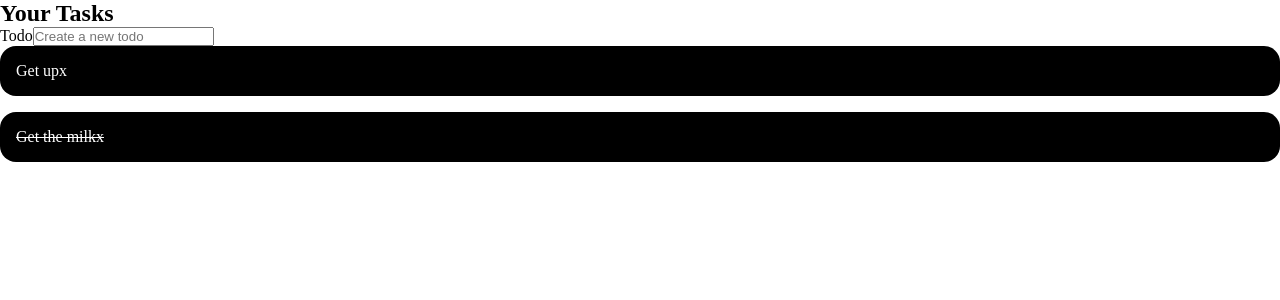
Repository: Heeeeeppo/todo-list
Page: / (app in frontend/)
The author's editor kept a copy of each file at every save. The page is drawn from the files as they stood at one save, then again after a run of saves.
The browser window is 1280 px wide. The pictures show the whole page.
The project was rebuilt for these pictures with package versions that can differ from the ones it lists, and the page was loaded fresh each time.

Above is the page before, as saved 2023-11-07 19:29:09.

After the next 2 saves:
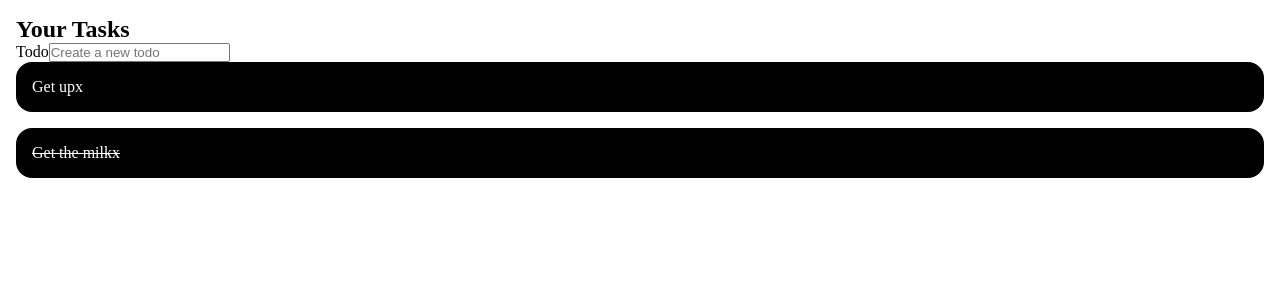
The 2 saves are shown as one change because they came seconds apart.
The last was saved 28 s later.
--- a/frontend/src/index.css
+++ b/frontend/src/index.css
@@ -1,6 +1,10 @@
 * {
   margin: 0;
   padding: 0;
+}
+
+.App {
+  padding: 16px;
 }
 
 .todo {
